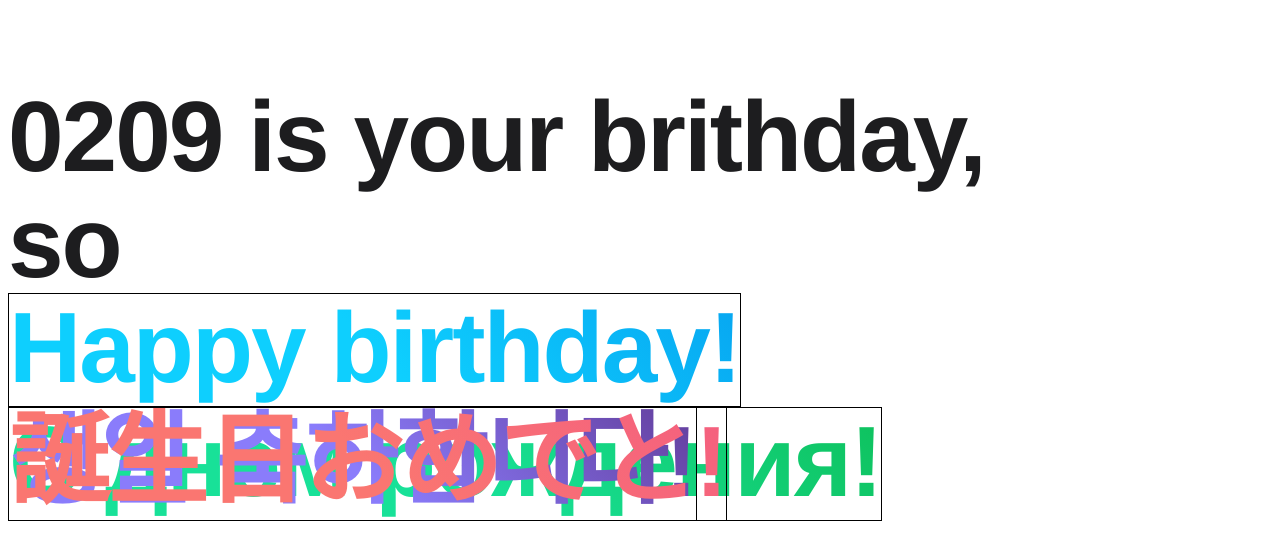
Repository: Caococos/02-09
Page: /
The author's editor kept a copy of each file at every save. The page is drawn from the files as they stood at one save, then again after the next save.
The browser window is 1280 px wide. The pictures show the whole page.
The project was rebuilt for these pictures with package versions that can differ from the ones it lists, and the page was loaded fresh each time. Also part of the build but not shown: vue.config.js.

Above is the page before, as saved 2021-06-11 22:25:12.

After the next save:
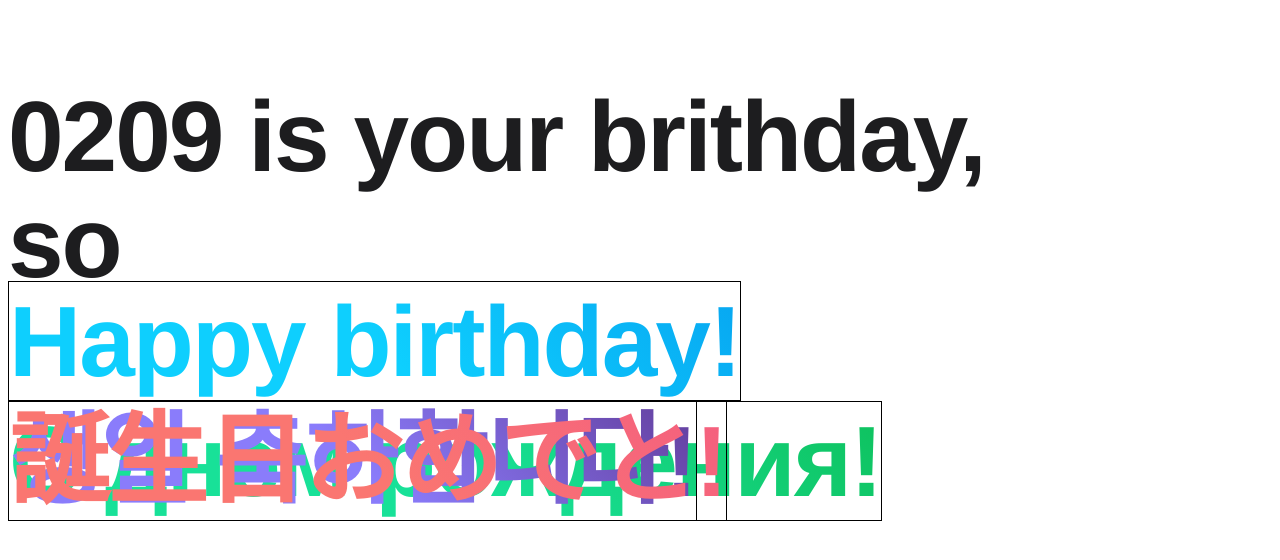
Saved 38 s later.
--- a/src/views/home/Home.vue
+++ b/src/views/home/Home.vue
@@ -57,7 +57,7 @@ h2 {
 .mask span {
   border: 1px solid #000;
   display: block;
-  margin-top: var(--offset);
+  padding-top: var(--offset);
   padding-bottom: var(--offset);
   box-sizing: border-box;
   position: absolute;
